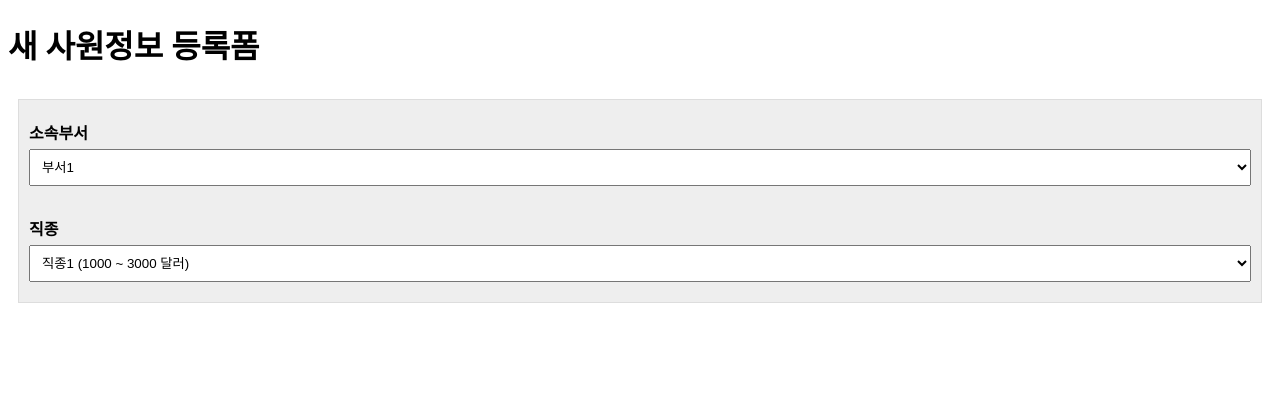
Repository: benpark0613/basic
Page: http://localhost/sample/hr/emp/form.jsp
These files come from the project's save history. The page is drawn as it stood at one moment and after the next save; the edit follows.
The browser window is 1280 px wide. The pictures show the whole page.
The page is served by Tomcat 9.

Above is the page before, as saved 2021-11-12 05:31:44.

After the next save:
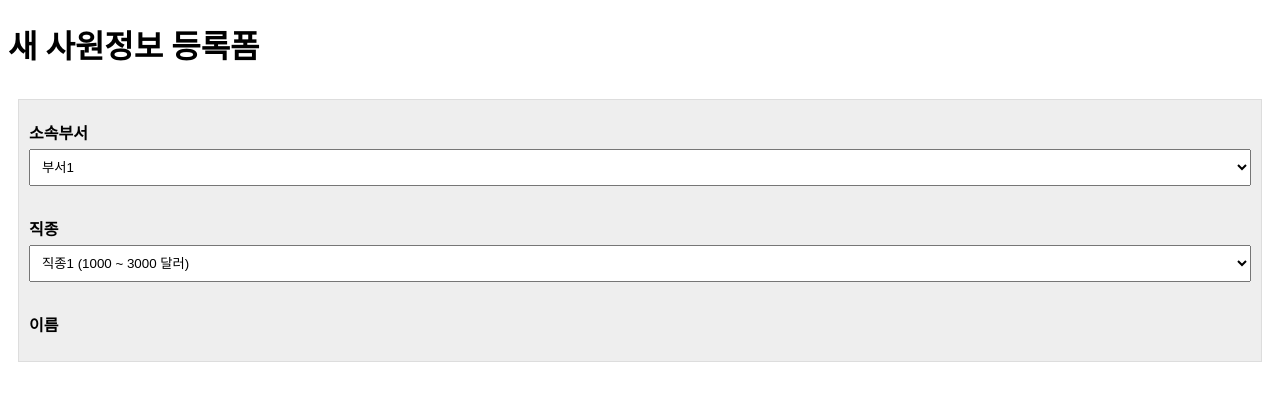
Saved 19 s later.
--- a/HR_app/sample/src/main/webapp/hr/emp/form.jsp
+++ b/HR_app/sample/src/main/webapp/hr/emp/form.jsp
@@ -28,6 +28,9 @@
 					<option value="">직종3 (5000 ~ 10000 달러)</option>
 				</select>
 			</div>
+			<div class="form-group">
+				<label>이름</label>
+			</div>
 		</form>
 	</div>
 </body>
